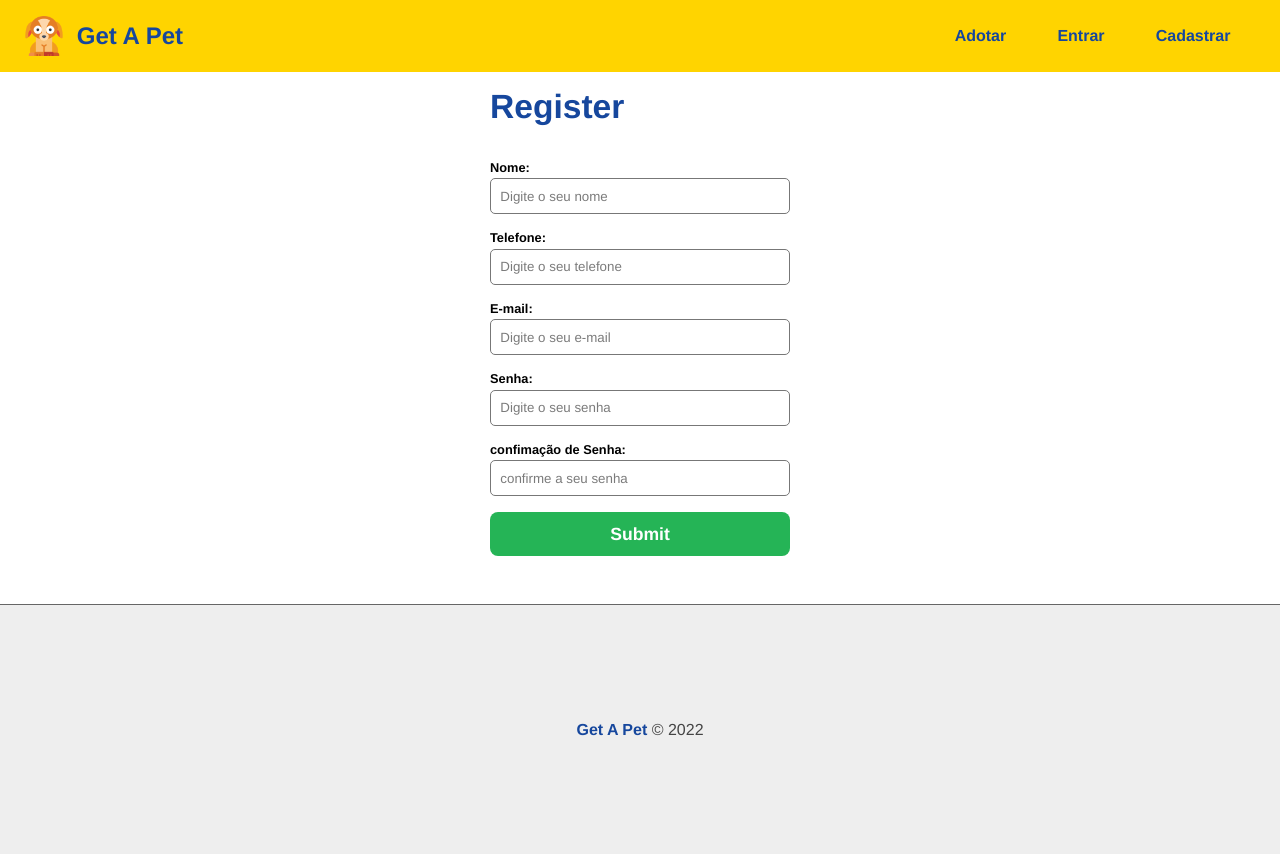
Repository: LeandroMoniz/Projetos_Pets
Page: /register (app in adocao_pet/frontend/)
The author's editor kept a copy of each file at every save. The page is drawn from the files as they stood at one save, then again after the next save.
The browser window is 1280 px wide. The pictures show the whole page.
The project was rebuilt for these pictures with package versions that can differ from the ones it lists, and the page was loaded fresh each time. Also part of the build but not shown: adocao_pet/frontend/src/components/pages/Auth/Login.js, adocao_pet/frontend/src/components/pages/Home.js.

Above is the page before, as saved 2022-02-15 16:43:05.

After the next save:
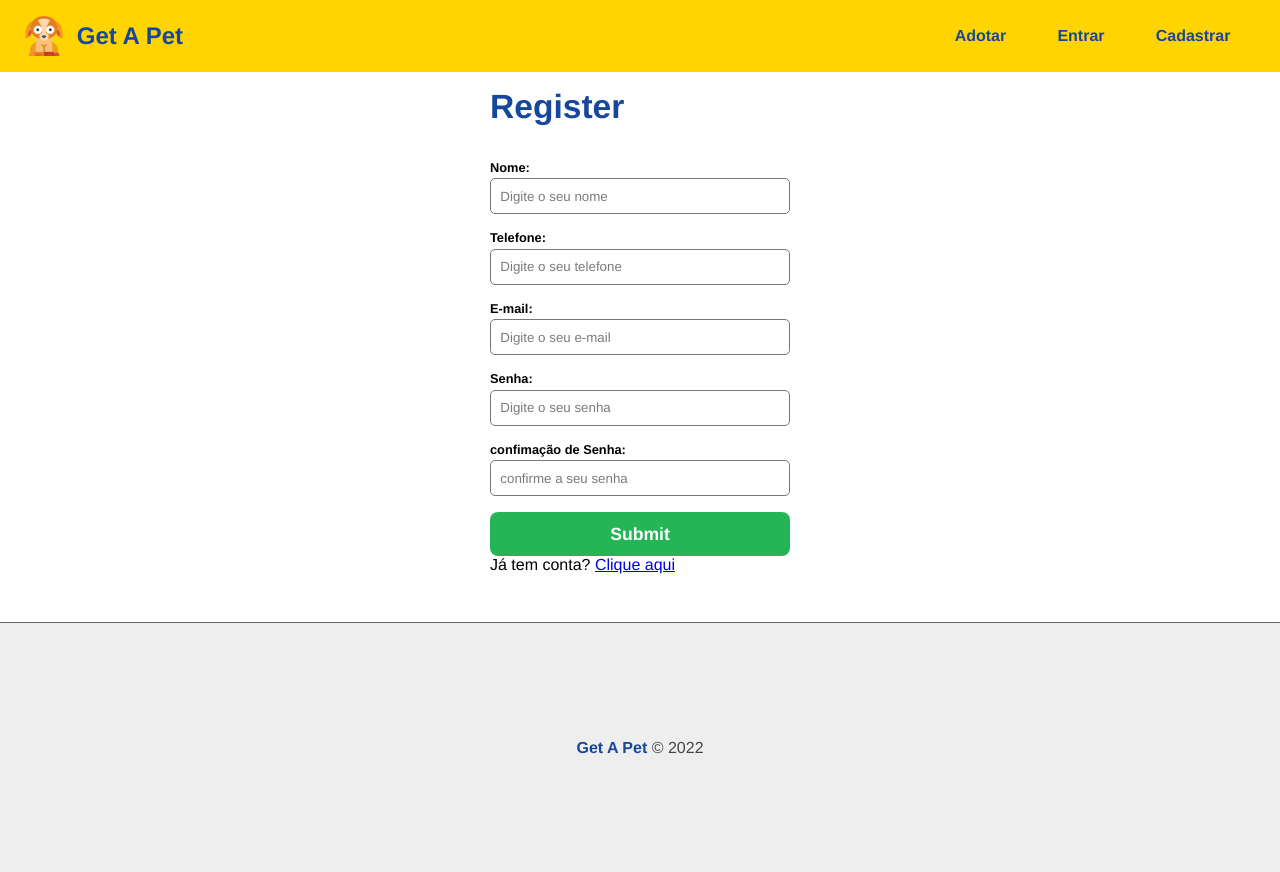
Saved 2 min 42 s later.
--- a/adocao_pet/frontend/src/components/pages/Auth/Register.js
+++ b/adocao_pet/frontend/src/components/pages/Auth/Register.js
@@ -1,4 +1,6 @@
 import Input from '../../form/Input'
+import { Link } from 'react-router-dom'
+
 
 import styles from '../../form/Form.module.css'
 
@@ -49,6 +51,7 @@
                 />
                 <input type="submit" valeu="Cadastrar" />
             </form>
+            <p>Já tem conta? <Link to="/login">Clique aqui</Link> </p>
         </section>
     )
 }
